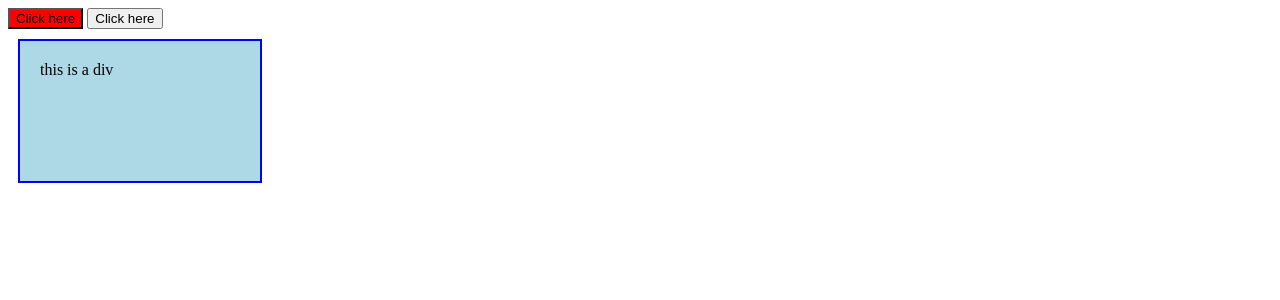
Repository: phulkeshwarmahto/CompleteJS
Page: indi.html
The author's editor kept a copy of each file at every save. The page is drawn from the files as they stood at one save, then again after the next save.
The browser window is 1280 px wide. The pictures show the whole page.
After loading, the first visible `#button1` was clicked once.

Above is the page before, as saved 2025-07-03 12:28:31.

After the next save:
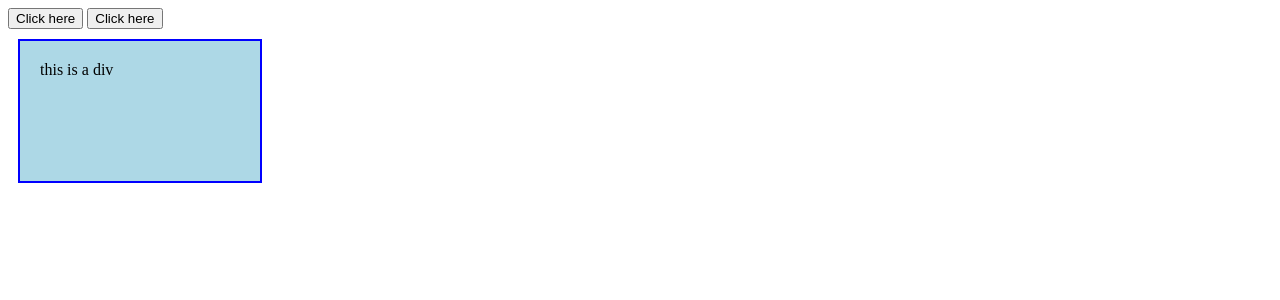
Saved 17 s later.
--- a/evnts.js
+++ b/evnts.js
@@ -6,5 +6,5 @@ btn1.onclick = () => {
     let num = 23;
     num++;
     console.log(num);
-    btn1.style.backgroundColor = "red";
+    // btn1.style.backgroundColor = "red";
 }
